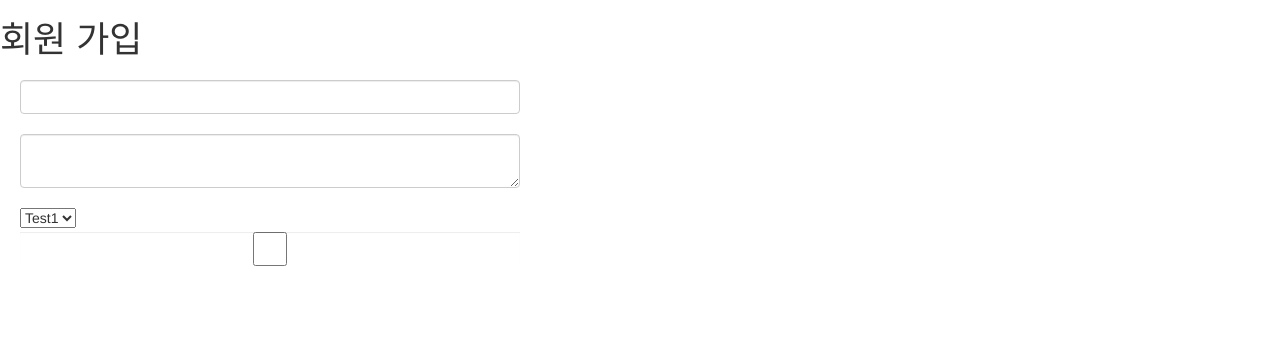
Repository: park-nahyun/BootstrapStudy
Page: BootstrapWork/WebContent/BootEx03.html
The author's editor kept a copy of each file at every save. The page is drawn from the files as they stood at one save, then again after the next save.
The browser window is 1280 px wide. The pictures show the whole page.

Above is the page before, as saved 2021-07-01 03:48:52.

### BootstrapWork/WebContent/BootEx03.html
<!DOCTYPE html>
<html>
<head>
<meta charset="UTF-8">
<title>BootEx03.html</title>

<link rel="stylesheet" href="css/bootstrap.css">
<script type="text/javascript" src="http://code.jquery.com/jquery.min.js"></script>
<script type="text/javascript" src="js/bootstrap.min.js"></script>

</head>
<body>

<h1>회원 가입</h1>

<form action="" style="width:500px; margin:20px;">

	<input type="text" class="form-control">
	<br>

	<textarea rows="" cols="" class="form-control"></textarea>
	<br>

	<select class=""  class="form-control">
		<option>Test1</option>
		<option>Test2</option>
		<option>Test3</option>
		<option>Test4</option>
	</select>

	<br>

	<input type="checkbox"  class="form-control">
	<br>

</form>
</body>
</html>

Loaded but not shown: BootstrapWork/WebContent/css/bootstrap.css (library); BootstrapWork/WebContent/js/bootstrap.min.js (library)

After the next save:
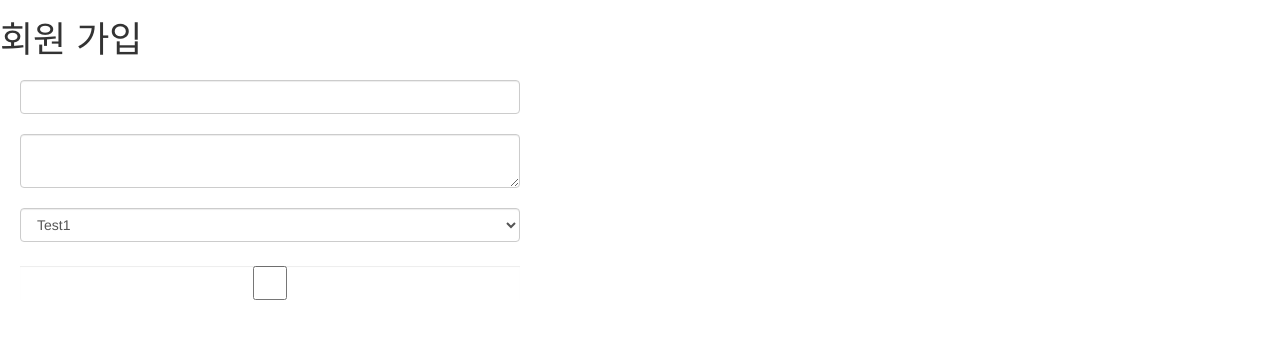
Saved 21 s later.
--- a/BootstrapWork/WebContent/BootEx03.html
+++ b/BootstrapWork/WebContent/BootEx03.html
@@ -21,7 +21,7 @@
 	<textarea rows="" cols="" class="form-control"></textarea>
 	<br>
 
-	<select class=""  class="form-control">
+	<select class="form-control">
 		<option>Test1</option>
 		<option>Test2</option>
 		<option>Test3</option>
@@ -30,7 +30,7 @@
 
 	<br>
 
-	<input type="checkbox"  class="form-control">
+	<input type="checkbox" class="form-control">
 	<br>
 
 </form>
